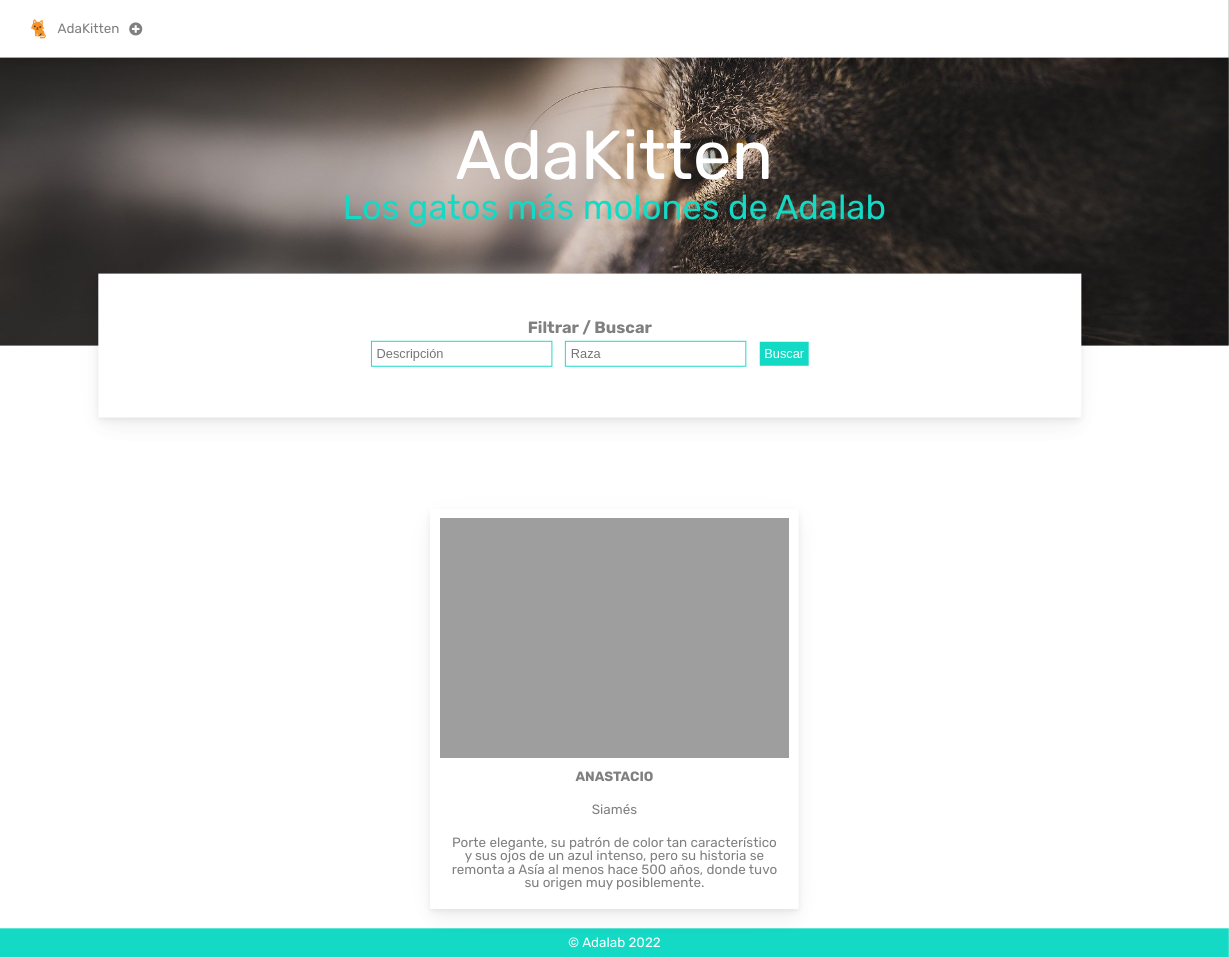
Repository: Adalab/promo-s-module-2-pair-7-sprint-1-ada-kitten
Page: index.html
These files come from the project's save history. The page is drawn as it stood at one moment and after the next save; the edit follows.
The browser window is 1280 px wide. The pictures show the whole page, at 96% of full size.
Pictures or frames that could not be fetched are drawn as grey boxes. Some web libraries are served in a nearby version.

Above is the page before, as saved 2023-02-03 10:56:09.

### index.html
<!DOCTYPE html>
<html lang="es">
  <head>
    <meta charset="UTF-8" />
    <meta http-equiv="X-UA-Compatible" content="IE=edge" />
    <meta name="viewport" content="width=device-width, initial-scale=1.0" />
    <link rel="preconnect" href="https://fonts.googleapis.com" />
    <link rel="preconnect" href="https://fonts.gstatic.com" crossorigin />
    <link
      href="https://fonts.googleapis.com/css2?family=Rubik:wght@300;400;700&display=swap"
      rel="stylesheet"
    />
    <link
      rel="stylesheet"
      href="https://pro.fontawesome.com/releases/v5.10.0/css/all.css"
      integrity="sha384-AYmEC3Yw5cVb3ZcuHtOA93w35dYTsvhLPVnYs9eStHfGJvOvKxVfELGroGkvsg+p"
      crossorigin="anonymous"
    />
    <link rel="icon" href="./img/favicon.png" type="image/x-icon" />
    <link rel="stylesheet" href="./css/reset.css" />
    <link rel="stylesheet" href="./css/main.css" />
    <title>AdaKitten</title>
  </head>
  <body>
    <header class="header">
      <section class="logo">
        <img class="img" src="./img/favicon.png" alt="Logo de Adacats" />
        <h1>AdaKitten</h1>
        <nav class="menu-nav">
          <ul class="menu">
            <li class="item">
              <span class="fas fa-plus-circle"> </span>
            </li>
          </ul>
        </nav>
      </section>
    </header>

    <main>
      <section class="new-form collapsed js-new-form">
        <h2 class="title">¿Agregamos un nuevo gatito a Adalab?</h2>
        <form class="form">
          <input
            class="input"
            type="text"
            placeholder="Url de la foto"
            required
          />
          <input class="input" type="text" placeholder="Nombre" required />
          <input class="input" type="text" placeholder="Raza" />
          <input class="input" type="text" placeholder="Descripción" required />
          <label class=""></label>
          <button class="button">Añadir</button>
          <button class="button-cancel">Cancelar</button>
        </form>
      </section>

      <section class="about-us">
        <h1 class="title">AdaKitten</h1>
        <h2 class="subtitle">Los gatos más molones de Adalab</h2>
      </section>

      <section class="search">
        <h2 class="title">Filtrar / Buscar</h2>
        <form class="form">
          <input
            class="input js_in_search_desc"
            type="text"
            placeholder="Descripción"
            value=""
          />
          <input
            class="input"
            type="select"
            name="raza"
            placeholder="Raza"
            id="raza"
          />

          <button class="button">Buscar</button>
        </form>
      </section>

      <section class="data">
        <ul class="list js-list">
          <!--<li class="card">
            <article>
              <img
                class="card_img"
                src="https://dev.adalab.es/gato-siames.webp"
                alt="siames-cat"
              />
              <h3 class="card_title">Anastacio</h3>
              <h4 class="card_race">Siamés</h4>
              <p class="card_description">
                Porte elegante, su patrón de color tan característico y sus ojos
                de un azul intenso, pero su historia se remonta a Asía al menos
                hace 500 años, donde tuvo su origen muy posiblemente.
              </p>
            </article>
          </li>

          <li class="card">
            <img
              class="card_img"
              src="https://dev.adalab.es/sphynx-gato.webp"
              alt="sphynx-cat"
            />
            <h3 class="card_title">Fiona</h3>
            <h4 class="card_race">Sphynx</h4>
            <p class="card_description">
              Produce fascinación y curiosidad. Exótico, raro, bello, extraño…
              hasta con pinta de alienígena han llegado a definir a esta raza
              gatuna que se caracteriza por la «ausencia» de pelo.
            </p>
          </li>
          <li class="card">
            <img
              class="card_img"
              src="https://dev.adalab.es/maine-coon-cat.webp"
              alt="maine-coon-cat"
            />
            <h3 class="card_title">Cielo</h3>
            <h4 class="card_race">Maine Coon</h4>
            <p class="card_description">
              Tienen la cabeza cuadrada y los ojos simétricos, por lo que su
              bella mirada se ha convertido en una de sus señas de identidad.
              Sus ojos son grandes y las orejas resultan largas y en punta.
            </p>
          </li>-->
        </ul>
      </section>
    </main>
    <footer class="footer">
      <h3 class="subtittle">&copy; Adalab 2022</h3>
    </footer>
    <script src="./js/script.js"></script>
  </body>
</html>

### css/main.css
:root {
  --color-green: #14d9c4;
  font-family: 'Rubik', sans-serif;
  font-size: 14px;
  color: grey;
}

li {
  list-style: none;
}
.header {
  width: 100%;
  height: 50px;
  position: fixed;
  z-index: 1;
  top: 0;
  box-shadow: 0 0.46875rem 2.1875rem rgb(4 9 20 / 3%),
    0 0.9375rem 1.40625rem rgb(4 9 20 / 3%),
    0 0.25rem 0.53125rem rgb(4 9 20 / 5%), 0 0.125rem 0.1875rem rgb(4 9 20 / 3%);
  display: flex;
  justify-content: space-between;
  background-color: white;
  padding: 30px;
}
.header .logo {
  display: flex;
  justify-content: flex-start;
  align-items: center;
  width: 80vh;
}

.header .menu-nav {
  display: flex;
  justify-content: center;
  align-items: center;
}

.header .menu {
  display: flex;
}

.menu .item {
  padding: 10px;
}

.header .img {
  width: 30px;
  padding-right: 10px;
}

.header .view {
  display: flex;
}

.header .view .item {
  padding-right: 10px;
}

.about-us {
  background-image: url('../img/fondo.jpeg');
  width: 100%;
  height: 50vh;
  background-repeat: no-repeat;
  background-position: center;
  background-size: cover;
  display: flex;
  flex-direction: column;
  justify-content: center;
  align-items: center;
}

.about-us .title {
  color: white;
  font-size: 72px;
}
.about-us .subtitle {
  color: var(--color-green);
  font-size: 36px;
}

.search {
  width: 80%;
  background-color: white;
  box-shadow: 0 0.46875rem 2.1875rem rgb(4 9 20 / 3%),
    0 0.9375rem 1.40625rem rgb(4 9 20 / 3%),
    0 0.25rem 0.53125rem rgb(4 9 20 / 5%), 0 0.125rem 0.1875rem rgb(4 9 20 / 3%);
  height: 150px;
  transform: translate(10%, -50%);
  display: flex;
  flex-direction: column;
  justify-content: center;
  align-items: center;
}

.search .title {
  color: fff;
  font-size: 17px;
  font-weight: 600;
}

.data {
  padding: 20px;
}

.data .list {
  display: flex;
  flex-direction: row;
  flex-wrap: wrap;
  justify-content: flex-start;
  align-items: center;
}

.card {
  display: flex;
  flex-direction: column;
  justify-content: center;
  align-items: center;
  margin: auto;
  background-color: white;
  overflow: hidden;
  padding: 10px;
  transition: 0.25s all;
  width: 100vw;
  box-shadow: 0 0.46875rem 2.1875rem rgb(4 9 20 / 3%),
    0 0.9375rem 1.40625rem rgb(4 9 20 / 3%),
    0 0.25rem 0.53125rem rgb(4 9 20 / 5%), 0 0.125rem 0.1875rem rgb(4 9 20 / 3%);
  text-align: center;
}
@media all and (min-width: 500px) {
  .card {
    width: 30vw;
  }
}

.card_img {
  width: 100%;
  height: 250px;
  object-fit: cover;
}

.card_title {
  font-weight: 600;
  padding: 10px;
}

.card_race {
  padding: 10px;
}
.card_description {
  padding: 10px;
}

.footer {
  background-color: var(--color-green);
  height: 30px;
  width: 100%;
  display: flex;
  align-items: center;
  justify-content: center;
  color: white;
}

.new-form {
  top: 50px;
  width: 40vh;
  height: 100%;
  background-color: white;
  box-shadow: 0 0.46875rem 2.1875rem rgb(4 9 20 / 3%),
    0 0.9375rem 1.40625rem rgb(4 9 20 / 3%),
    0 0.25rem 0.53125rem rgb(4 9 20 / 5%), 0 0.125rem 0.1875rem rgb(4 9 20 / 3%);
  position: absolute;
  z-index: 2;
  display: flex;
  flex-direction: column;
  align-items: center;
}
.new-form .title {
  font-size: 18px;
  padding: 10px;
  margin-top: 20px;
}

.new-form .form {
  width: 80%;
  display: flex;
  flex-direction: column;
  padding: 10px;
}

.input {
  margin: 5px;
  padding: 5px;
  border: 0.5px solid var(--color-green);
  color: grey;
}

.button {
  background-color: var(--color-green);
  border: none;
  padding: 5px;
  margin: 5px;
  color: white;
}

.collapsed {
  display: none;
}

.button-cancel {
  background-color: grey;
  border: none;
  padding: 5px;
  margin: 5px;
  color: white;
}

### js/script.js
'use strict';

const newForm = document.querySelector('.js-new-form');

/* newForm.classList.remove("collapsed");*/

const dataList = document.querySelector(".js-list");


const kittenOneImage = "https://dev.adalab.es/gato-siames.webp";
const kittenOneName = "Anastacio";
const kittenOneDesc = "Porte elegante, su patrón de color tan característico y sus ojos de un azul intenso, pero su historia se remonta a Asía al menos hace 500 años, donde tuvo su origen muy posiblemente.";
const kittenOneRace = "Siamés";

const kittenTwoImage = "https://dev.adalab.es/sphynx-gato.webp";
const kittenTwoName = "Fiona";
const kittenTwoDesc = "Produce fascinación y curiosidad. Exótico, raro, bello, extraño... hasta con pinta de alienígena han llegado a definir a esta raza gatuna que se caracteriza por la «ausencia» de pelo.";
const kittenTwoRace = "Sphynx";

const kittenThreeImage = "https://dev.adalab.es/maine-coon-cat.webp"
const kittenThreeName = "Cielo";
const kittenThreeDesc = "Tienen la cabeza cuadrada y los ojos simétricos, por lo que su bella mirada se ha convertido en una de sus señas de identidad. Sus ojos son grandes y las orejas resultan largas y en punta.";
const kittenThreeRace = "Maine Coon";

const kittenOne = `<li class="card">
<article>
  <img
    class="card_img"
    src= ${kittenOneImage}
    alt="gatito"
  />
  <h3 class="card_title">${kittenOneName.toUpperCase()}</h3>
  <h4 class="card_race">${kittenOneRace}</h4>
  <p class="card_description">
  ${kittenOneDesc}
   </p>
</article>
</li>`;

const kittenTwo = `<li class="card">
<article>
  <img
    class="card_img"
    src= ${kittenTwoImage}
    alt="gatito"
  />
  <h3 class="card_title">${kittenTwoName.toUpperCase()}</h3>
  <h4 class="card_race">${kittenTwoRace}</h4>
  <p class="card_description">
  ${kittenTwoDesc}
   </p>
</article>
</li>`;

const kittenThree = `<li class="card">
<article>
  <img
    class="card_img"
    src= ${kittenThreeImage}
    alt="gatito"
  />
  <h3 class="card_title">${kittenThreeName.toUpperCase()}</h3>
  <h4 class="card_race">${kittenThreeRace}</h4>
  <p class="card_description">
  ${kittenThreeDesc}
   </p>
</article>
</li>`;

/*dataList.innerHTML = kittenOne;



/*const kittenTwo = `<li class="card">
            <img
              class="card_img"
              src="https://dev.adalab.es/sphynx-gato.webp"
              alt="sphynx-cat"
            />
            <h3 class="card_title">Fiona</h3>
            <h4 class="card_race">Sphynx</h4>
            <p class="card_description">
              Produce fascinación y curiosidad. Exótico, raro, bello, extraño…
              hasta con pinta de alienígena han llegado a definir a esta raza
              gatuna que se caracteriza por la «ausencia» de pelo.
            </p>
          </li>`*/

/*dataList.innerHTML += kittenTwo;*/

/*const kittenThree = `<li class="card">
            <img
              class="card_img"
              src="https://dev.adalab.es/maine-coon-cat.webp"
              alt="maine-coon-cat"
            />
            <h3 class="card_title">Cielo</h3>
            <h4 class="card_race">Maine Coon</h4>
            <p class="card_description">
              Tienen la cabeza cuadrada y los ojos simétricos, por lo que su
              bella mirada se ha convertido en una de sus señas de identidad.
              Sus ojos son grandes y las orejas resultan largas y en punta.
            </p>
          </li>`*/



/*dataList.innerHTML += kittenThree;*/


const input_search_desc = document.querySelector(".js_in_search_desc");
const descSearchText = input_search_desc.value;
if(kittenOneDesc.includes ("Porte elegante, su patrón de color tan característico y sus ojos de un azul intenso, pero su historia se remonta a Asía al menos hace 500 años, donde tuvo su origen muy posiblemente.")) {
  dataList.innerHTML = kittenOne;
  }

else if(kittenTwoDesc.includes ("Produce fascinación y curiosidad. Exótico, raro, bello, extraño… hasta con pinta de alienígena han llegado a definir a esta raza gatuna que se caracteriza por la «ausencia» de pelo.")) {
  dataList.innerHTML = kittenTwo;
}
else if(kittenThree.includes ("Tienen la cabeza cuadrada y los ojos simétricos, por lo que su bella mirada se ha convertido en una de sus señas de identidad. Sus ojos son grandes y las orejas resultan largas y en punta.")) {
  dataList.innerHTML = kittenThree;
}
else {
  dataList.innerHTML = kittenOne;
  dataList.innerHTML += kittenTwo;
  dataList.innerHTML += kittenThree;

}

Loaded but not shown: css/reset.css (common file)

After the next save:
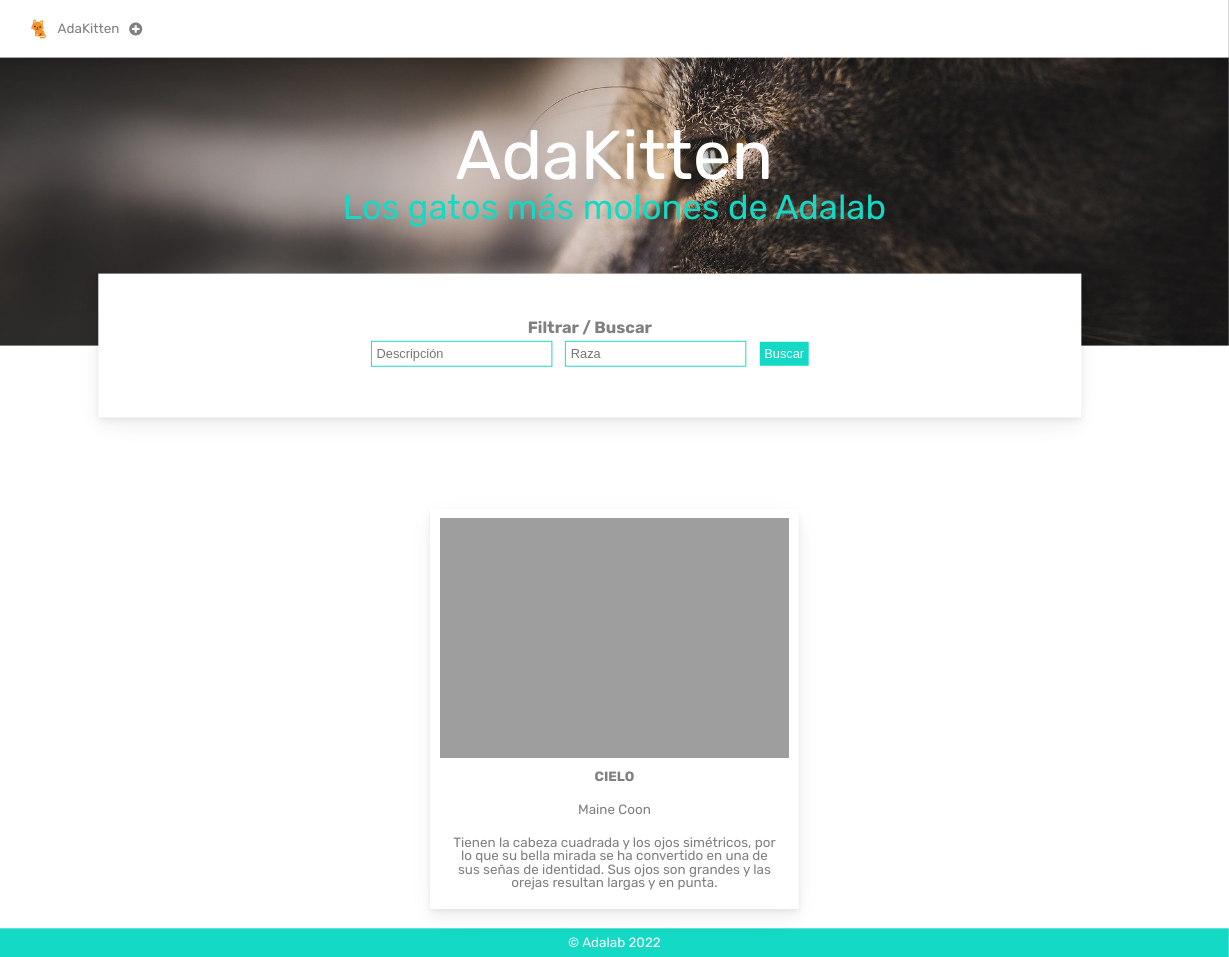
Saved 3 min 10 s later.
--- a/js/script.js
+++ b/js/script.js
@@ -114,15 +114,15 @@ if(kittenOneDesc.includes ("Porte elegante, su patrón de color tan característ
   dataList.innerHTML = kittenOne;
   }
 
-else if(kittenTwoDesc.includes ("Produce fascinación y curiosidad. Exótico, raro, bello, extraño… hasta con pinta de alienígena han llegado a definir a esta raza gatuna que se caracteriza por la «ausencia» de pelo.")) {
+if(kittenTwoDesc.includes ("Produce fascinación y curiosidad. Exótico, raro, bello, extraño… hasta con pinta de alienígena han llegado a definir a esta raza gatuna que se caracteriza por la «ausencia» de pelo.")) {
   dataList.innerHTML = kittenTwo;
 }
-else if(kittenThree.includes ("Tienen la cabeza cuadrada y los ojos simétricos, por lo que su bella mirada se ha convertido en una de sus señas de identidad. Sus ojos son grandes y las orejas resultan largas y en punta.")) {
+if(kittenThree.includes ("Tienen la cabeza cuadrada y los ojos simétricos, por lo que su bella mirada se ha convertido en una de sus señas de identidad. Sus ojos son grandes y las orejas resultan largas y en punta.")) {
   dataList.innerHTML = kittenThree;
 }
-else {
+/*else {
   dataList.innerHTML = kittenOne;
   dataList.innerHTML += kittenTwo;
   dataList.innerHTML += kittenThree;
 
-}
+}*/
